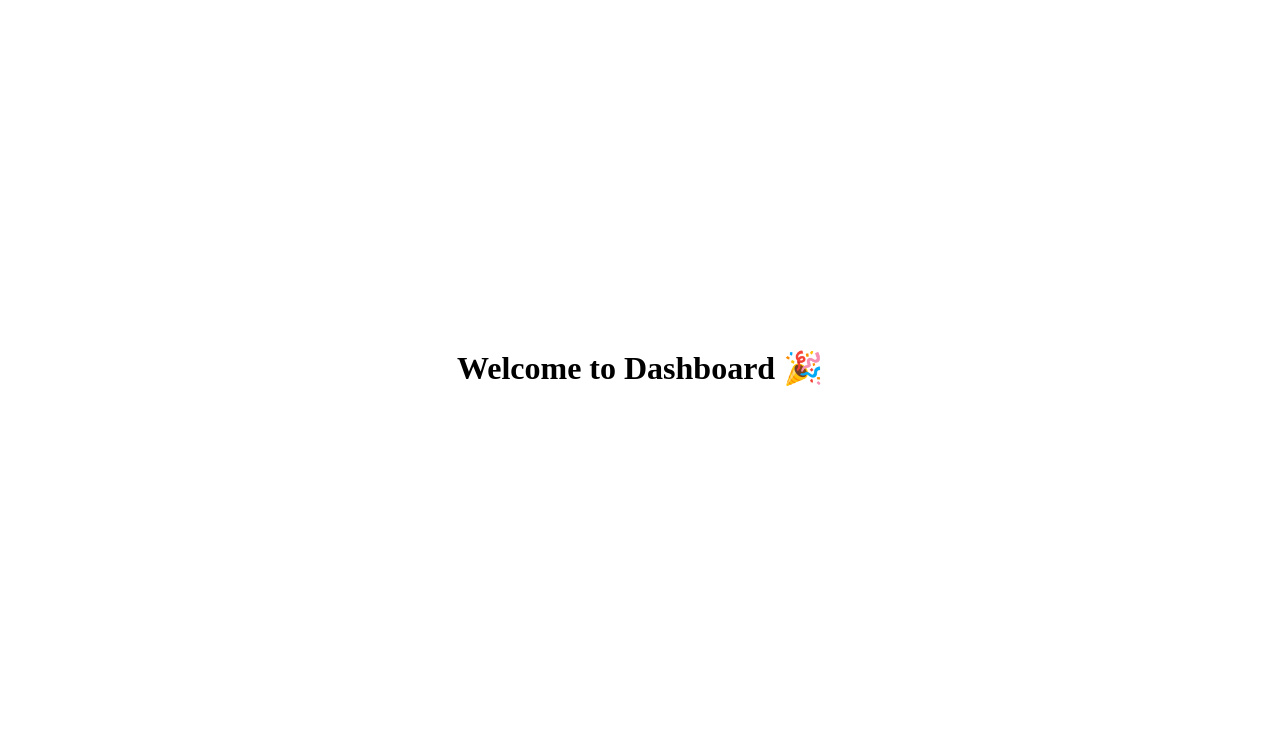
Repository: 7-astha-rajput/study-dashboard
Page: /dashboard (app in frontend/)
An editor plug-in stored every save of this project. The page is shown before and after the next save, followed by the edit.
The browser window is 1280 px wide. The pictures show the whole page.
The project was rebuilt for these pictures with package versions that can differ from the ones it lists, and the page was loaded fresh each time. Also part of the build but not shown: frontend/vite.config.js, frontend/src/components/Input.jsx, frontend/src/components/Button.jsx, frontend/src/pages/Login.jsx, frontend/src/pages/Register.jsx.

Above is the page before, as saved 2025-09-14 16:44:23.

After the next save:
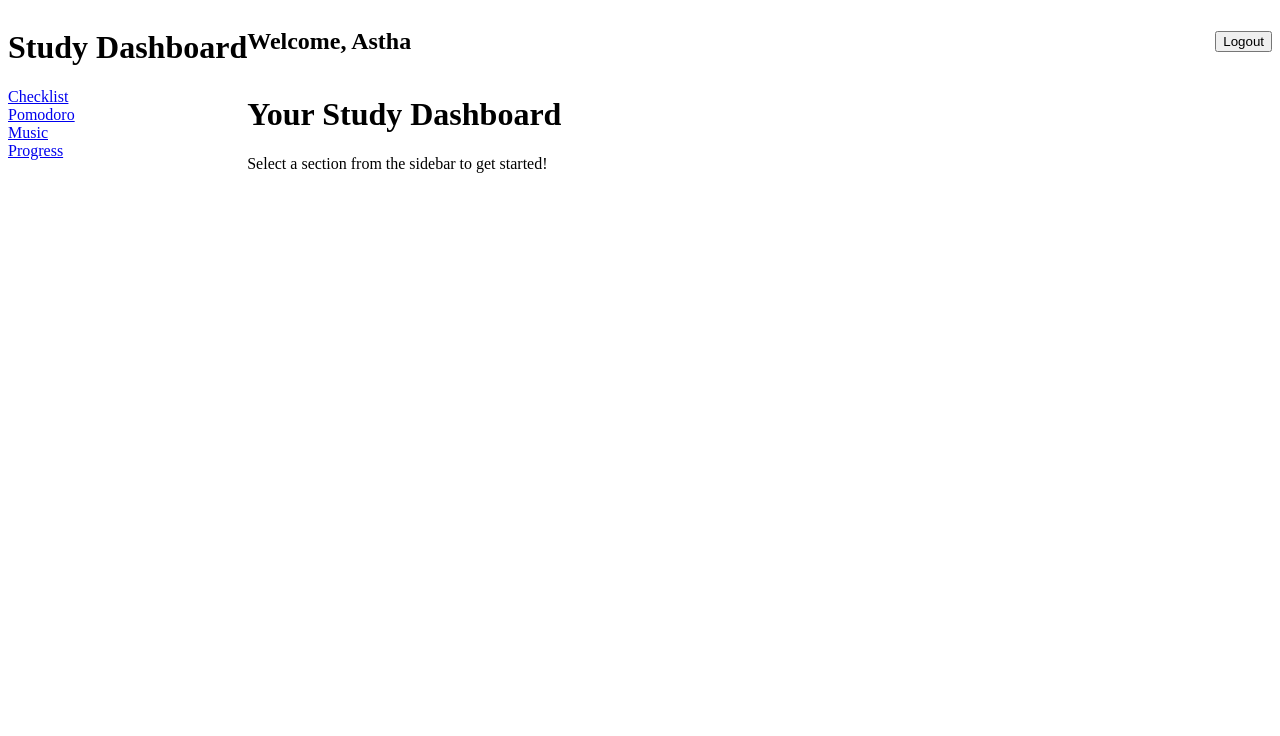
Saved 19 s later.
--- a/frontend/src/pages/Dashboard.jsx
+++ b/frontend/src/pages/Dashboard.jsx
@@ -1,7 +1,10 @@
+import DashboardLayout from "../components/DashboardLayout";
+
 export default function Dashboard() {
   return (
-    <div className="min-h-screen flex items-center justify-center bg-green-100">
-      <h1 className="text-3xl font-bold">Welcome to Dashboard 🎉</h1>
-    </div>
+    <DashboardLayout>
+      <h1 className="text-3xl font-bold mb-4">Your Study Dashboard</h1>
+      <p>Select a section from the sidebar to get started!</p>
+    </DashboardLayout>
   );
 }
